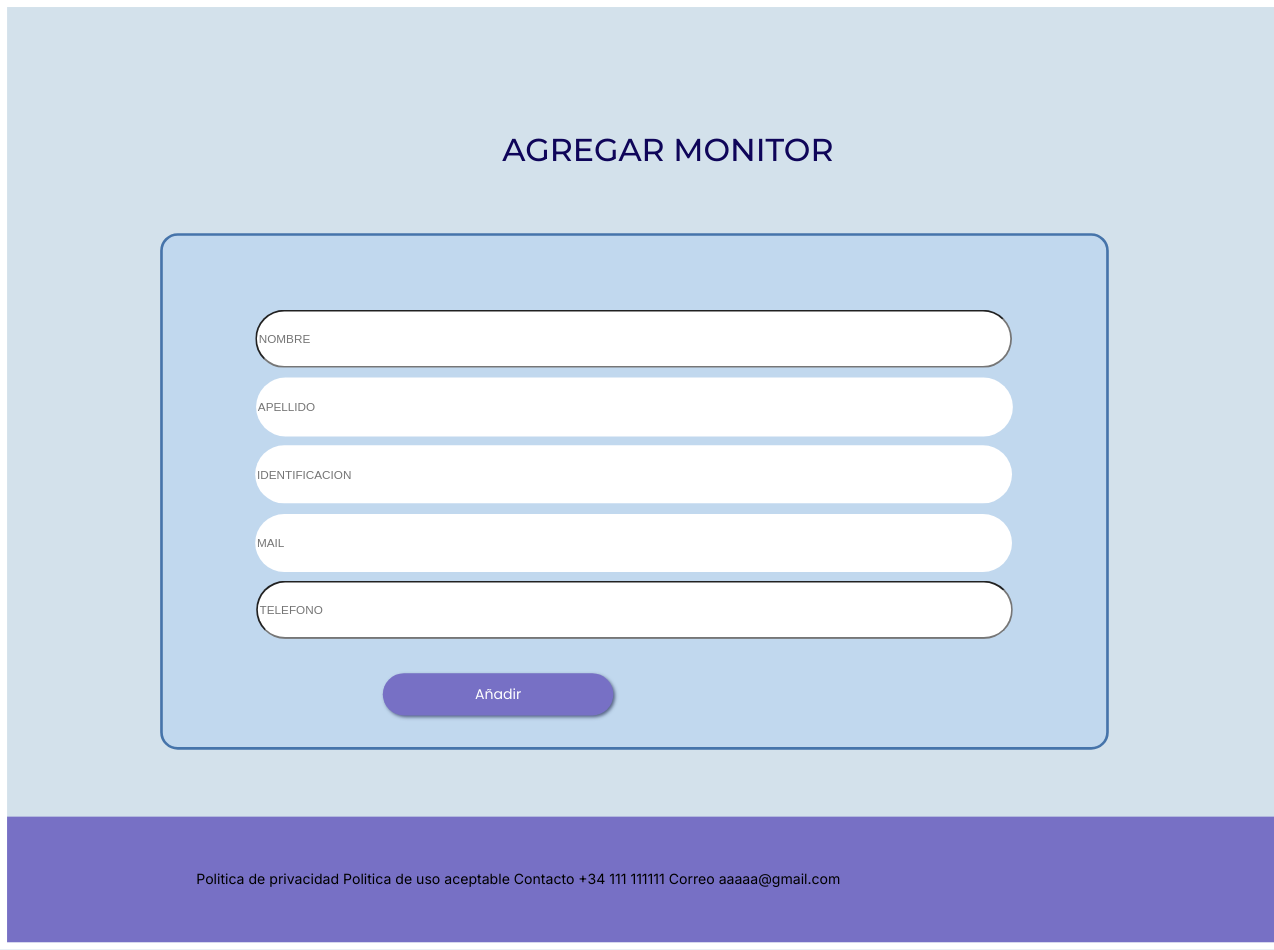
Repository: maariadomiingo/Proyecto-Integrador-Campamento
Page: html/agregarMonitor.html
The author's editor kept a copy of each file at every save. The page is drawn from the files as they stood at one save, then again after a run of saves.
The browser window is 1280 px wide. The page is 1448 px wide, so the pictures cover 1448 px, including what lies to the right of the window. The pictures show the whole page, at 88% of full size.

Above is the page before, as saved 2025-02-13 09:46:06.

### html/agregarMonitor.html
<!DOCTYPE html>
<html lang="en">
  <head>
    <meta charset="UTF-8" />
    <meta name="viewport" content="width=device-width, initial-scale=1.0" />
    <title>Ahregar Monitor</title>
    <link rel="stylesheet" href="https://fonts.googleapis.com/css2?family=Montserrat:wght@500&display=swap" />
<link rel="stylesheet" href="https://fonts.googleapis.com/css2?family=Poppins:wght@400&display=swap" />
<link rel="stylesheet" href="https://fonts.googleapis.com/css2?family=Inter:wght@400&display=swap" />
    <link rel="stylesheet" href="../css/agregarMonitor.css" />
  </head>
  <body>
    <div class="main-container">
      <span class="span">AGREGAR MONITOR</span>
      <div class="fondo">
<!-- LOGO-->
<img src="../img/logo sin fondo.png" class="logo" />

<div class="caja-azul">

</div>

      </div>

<!--       cambiarnombre class: nombre, apellido,mail,telefono,identificacion en html y css-->
       <input type="text" class="rectangle-6" name="nombre" placeholder="NOMBRE">
      <input type="text" class="rectangle-7" name="apellido" placeholder="APELLIDO">
      <input type="email" class="rectangle-button-8" name="mail" placeholder="MAIL">
      <input type="text" class="rectangle-9" name="telefono" placeholder="TELEFONO">
      <input type="text" class="rectangle-button" name="IDENTIFICACION" placeholder="IDENTIFICACION">

      <button class="primary-buttons">
        <span class="button">Añadir</span>
      </button>
      <div class="rectangle-a"></div>
      <span class="politica-de-privacidad">Politica de privacidad Politica de uso aceptable Contacto +34 111 111111 Correo aaaaa@gmail.com</span>
    </div>
  </body>
</html>

### css/agregarMonitor.css
:root {
  --default-font-family: -apple-system, BlinkMacSystemFont, "Segoe UI", Roboto,
    Ubuntu, "Helvetica Neue", Helvetica, Arial, "PingFang SC",
    "Hiragino Sans GB", "Microsoft Yahei UI", "Microsoft Yahei",
    "Source Han Sans CN", sans-serif;
}

.main-container {
  overflow: hidden;
}

.main-container,
.main-container * {
  box-sizing: border-box;
}

input,
select,
textarea,
button {
  outline: 0;
}

.main-container {
  position: relative;
  width: 1440px;
  height: 1063px;
  margin: 0 auto;
}
.fondo {
  position: relative;
  width: 100%;
  height: 100%;
  top: 0;
  left: 0;
  background: #d3e1eb;
}
.logo {
  position: relative;
  width: 5px;
  height: 5px;
  top: -5%;
  left: 30%;
  z-index: 19;
}

.div {
  position: absolute;
  width: 19px;
  height: 21px;
  top: 56px;
  left: 84px;
  background: url(./assets/images/1e01157a333e1bec54a9393a8e8dd6b13038c27c.png)
    no-repeat center;
  background-size: cover;
  z-index: 20;
}
.div-2 {
  position: absolute;
  width: 24px;
  height: 29px;
  top: 63px;
  left: 1321px;
  background: url(./assets/images/d1984de478cfebaa95ada4a339a47bb648a589b3.png)
    no-repeat center;
  background-size: cover;
  z-index: 22;
}
.div-3 {
  position: absolute;
  width: 114px;
  height: 82px;
  top: 119px;
  left: 451px;
  background: url(./assets/images/a8f32849-de26-4fc5-b416-357a4538ae3c.png)
    no-repeat center;
  background-size: cover;
  z-index: 1;
}
.span {
  display: flex;
  align-items: flex-start;
  justify-content: center;
  position: absolute;
  width: 636px;
  height: 116px;
  top: 141px;
  left: 433px;
  color: #0f0559;
  font-family: Montserrat, var(--default-font-family);
  font-size: 36px;
  font-weight: 500;
  line-height: 43.884px;
  text-align: center;
  z-index: 3;
}
.div-4 {
  position: absolute;
  width: 27px;
  height: 23px;
  top: 157px;
  left: 508px;
  background: url(./assets/images/5f671df9ca895acd896dd721997735885d389190.png)
    no-repeat center;
  background-size: cover;
  z-index: 2;
}
.caja-azul {
  position: absolute;
  width: 1078px;
  height: 587px;
  top: 257px;
  left: 174px;
  background: rgba(176, 207, 241, 0.5);
  border: 3px solid #4674aa;
  z-index: 4;
  border-radius: 20px;
}
.rectangle-6 {
  position: absolute;
  width: 860px;
  height: 66px;
  top: 344px;
  left: 282px;
  background: #ffffff;
  z-index: 11;
  overflow: hidden;
  border-radius: 50px;
}
.nombre {
  display: flex;
  align-items: flex-start;
  justify-content: flex-start;
  position: absolute;
  height: 21px;
  top: 366px;
  left: 343px;
  color: #000000;
  font-family: Inter, var(--default-font-family);
  font-size: 24px;
  font-weight: 400;
  line-height: 21px;
  text-align: left;
  white-space: nowrap;
  z-index: 12;
}
.rectangle-7 {
  position: absolute;
  width: 860px;
  height: 67px;
  top: 421px;
  left: 283px;
  cursor: pointer;
  background: #ffffff;
  border: none;
  z-index: 7;
  border-radius: 50px;
}
.apellido {
  display: flex;
  align-items: flex-start;
  justify-content: flex-start;
  position: absolute;
  height: 21px;
  top: 444px;
  left: 343px;
  color: #000000;
  font-family: Inter, var(--default-font-family);
  font-size: 24px;
  font-weight: 400;
  line-height: 21px;
  text-align: left;
  white-space: nowrap;
  z-index: 13;
}
.rectangle-button {
  position: absolute;
  width: 860px;
  height: 66px;
  top: 498px;
  left: 282px;
  cursor: pointer;
  background: #ffffff;
  border: none;
  z-index: 10;
  border-radius: 50px;
}
.identificacion {
  display: flex;
  align-items: flex-start;
  justify-content: flex-start;
  position: absolute;
  height: 21px;
  top: 521px;
  left: 343px;
  color: #000000;
  font-family: Inter, var(--default-font-family);
  font-size: 24px;
  font-weight: 400;
  line-height: 21px;
  text-align: left;
  white-space: nowrap;
  z-index: 16;
}
.rectangle-button-8 {
  position: absolute;
  width: 860px;
  height: 66px;
  top: 576px;
  left: 282px;
  cursor: pointer;
  background: #ffffff;
  border: none;
  z-index: 9;
  border-radius: 50px;
}
.mail {
  display: flex;
  align-items: flex-start;
  justify-content: flex-start;
  position: absolute;
  height: 21px;
  top: 597px;
  left: 343px;
  color: #000000;
  font-family: Inter, var(--default-font-family);
  font-size: 24px;
  font-weight: 400;
  line-height: 21px;
  text-align: left;
  white-space: nowrap;
  z-index: 15;
}
.rectangle-9 {
  position: absolute;
  width: 860px;
  height: 66px;
  top: 652px;
  left: 283px;
  background: #ffffff;
  z-index: 8;
  overflow: hidden;
  border-radius: 50px;
}
.telefono {
  display: flex;
  align-items: flex-start;
  justify-content: flex-start;
  position: absolute;
  height: 21px;
  top: 676px;
  left: 343px;
  color: #000000;
  font-family: Inter, var(--default-font-family);
  font-size: 24px;
  font-weight: 400;
  line-height: 21px;
  text-align: left;
  white-space: nowrap;
  z-index: 14;
}
.primary-buttons {
  display: flex;
  align-items: center;
  justify-content: center;
  flex-wrap: nowrap;
  gap: 16px;
  position: absolute;
  width: 262px;
  height: 48px;
  top: 757px;
  left: 427px;
  padding: 16px 16px 16px 16px;
  cursor: pointer;
  background: #7770c5;
  border: none;
  z-index: 5;
  border-radius: 32px;
  box-shadow: 2px 2px 4px 0 rgba(51, 62, 99, 0.75);
}
.button {
  flex-shrink: 0;
  flex-basis: auto;
  position: relative;
  height: 22px;
  color: #ffffff;
  font-family: Poppins, var(--default-font-family);
  font-size: 16px;
  font-weight: 400;
  line-height: 22px;
  text-align: left;
  white-space: nowrap;
  z-index: 6;
}
.rectangle-a {
  position: absolute;
  width: 1440px;
  height: 143px;
  top: 920px;
  left: 0;
  background: #7770c5;
  z-index: 17;
}
.politica-de-privacidad {
  display: flex;
  align-items: flex-start;
  justify-content: flex-start;
  position: absolute;
  height: 19px;
  top: 982px;
  left: 215px;
  color: #000000;
  font-family: Inter, var(--default-font-family);
  font-size: 16px;
  font-weight: 400;
  line-height: 19px;
  text-align: left;
  white-space: nowrap;
  z-index: 18;
}

After the next 2 saves:
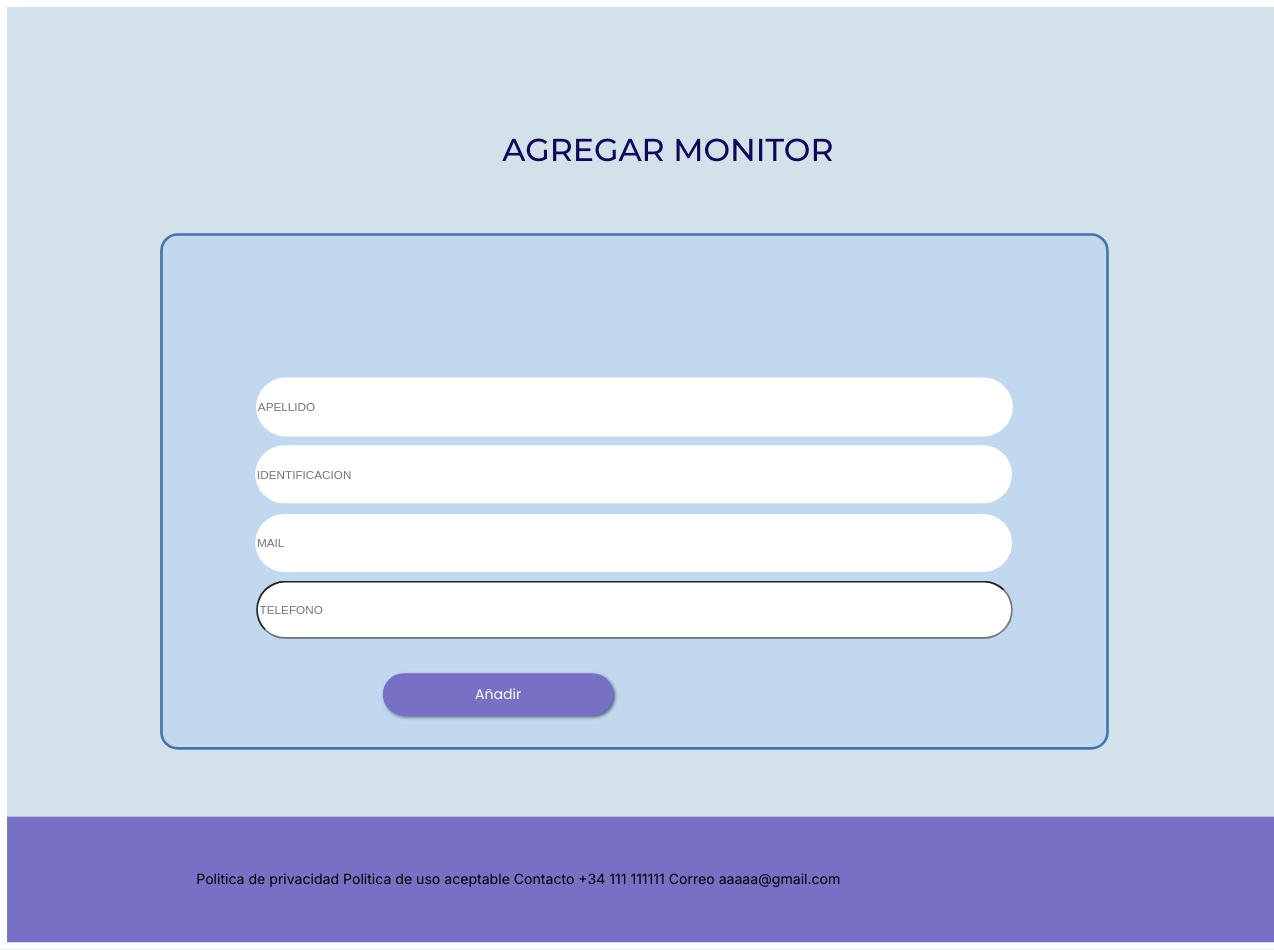
The 2 saves are shown as one change because they came seconds apart.
The last was saved 106 s later.
--- a/css/agregarMonitor.css
+++ b/css/agregarMonitor.css
@@ -116,7 +116,7 @@
   z-index: 4;
   border-radius: 20px;
 }
-.rectangle-6 {
+.nombre {
   position: absolute;
   width: 860px;
   height: 66px;
